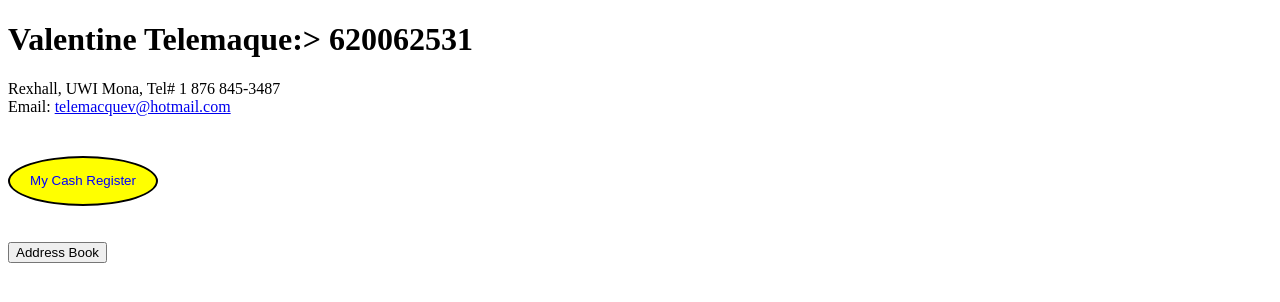
Repository: telemacquev/info2180project1
Page: index.html
The author's editor kept a record of every edit. The page is drawn from the files as they stood at one moment, then again after the next edit.
The browser window is 1280 px wide. The pictures show the whole page.

Above is the page before.

After the next edit:
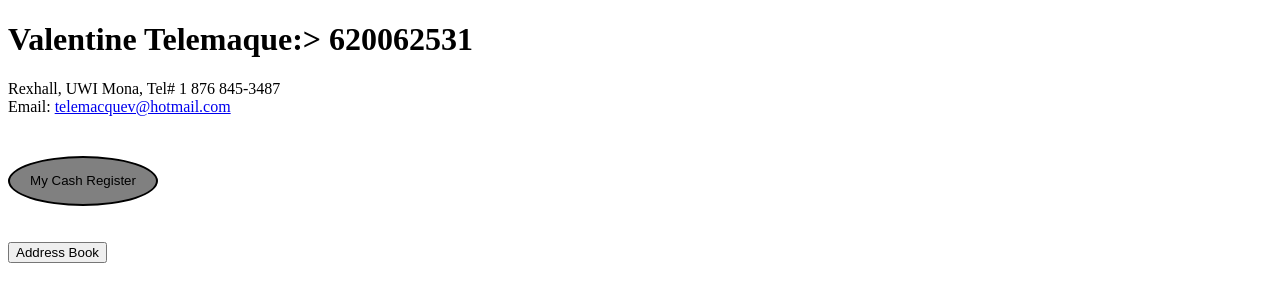
The edit:
--- a/stylesheet.css
+++ b/stylesheet.css
@@ -19,7 +19,7 @@
    border: 2px solid black;
 }
 
-#button01, #button02:hover {
+#button01:hover {
    background-color: yellow;
    color: blue;
 }
